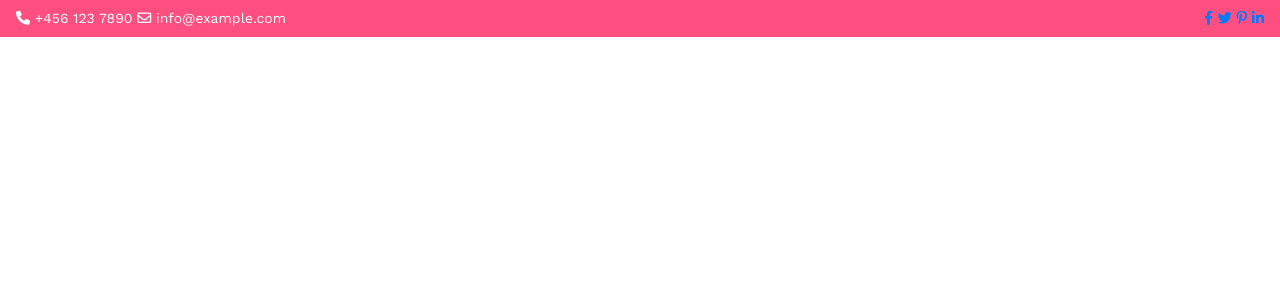
Repository: nguyenbinhminh/instruction_clone
Page: index.html
The author's editor kept a copy of each file at every save. The page is drawn from the files as they stood at one save, then again after the next save.
The browser window is 1280 px wide. The pictures show the whole page.

Above is the page before, as saved 2021-09-29 22:04:09.

After the next save:
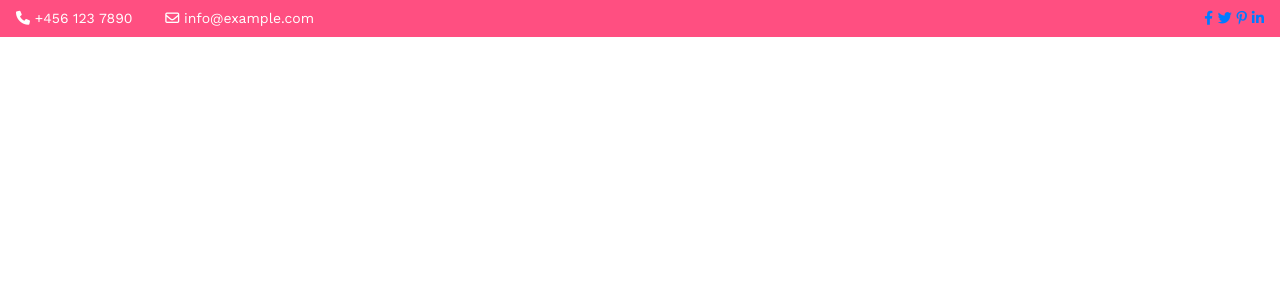
Saved 77 s later.
--- a/css/index.css
+++ b/css/index.css
@@ -13,3 +13,6 @@
 	padding: 0.8rem 1.6rem;
 	font-size: 1.4rem;
 }
+.header__left a {
+	margin-right: 2.8rem;
+}
